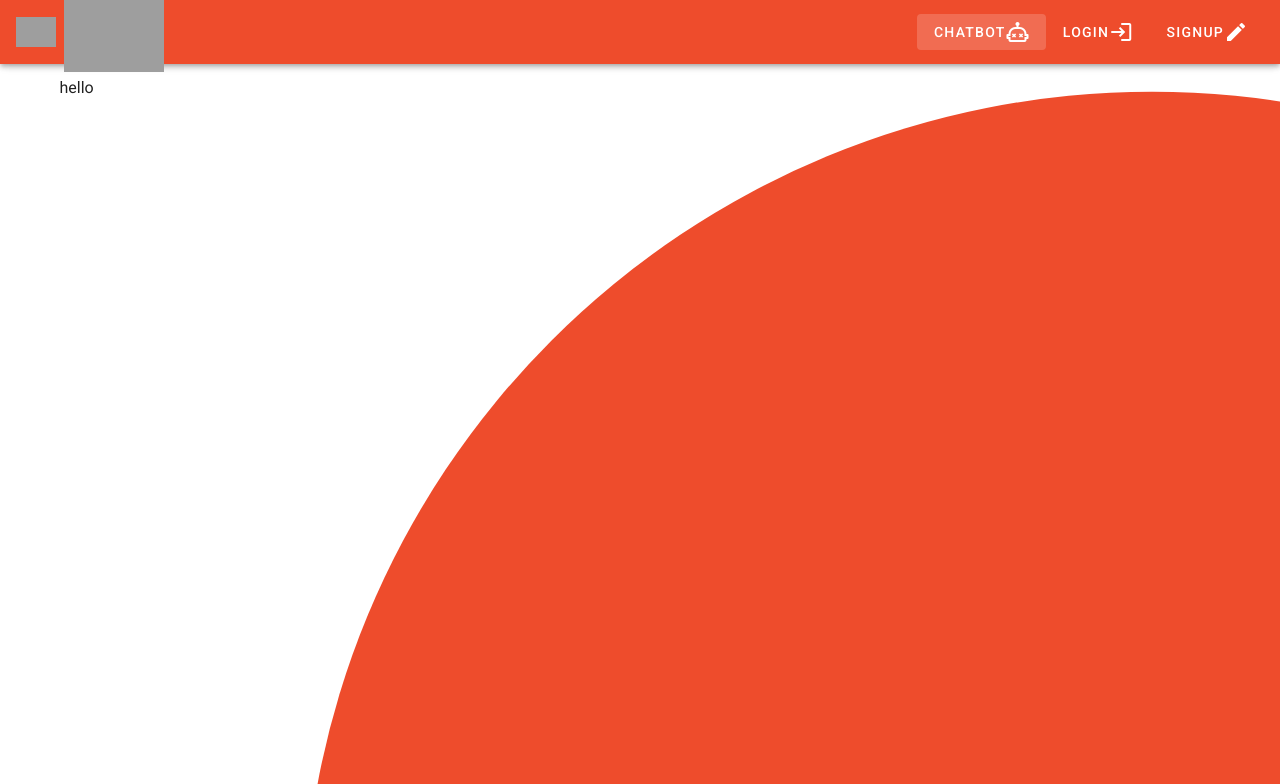
Repository: atout811/pyTorch-Hackathon
Page: /chatbot (app in frontend/)
These files come from the project's save history. The page is drawn as it stood at one moment and after the next save; the edit follows.
The browser window is 1280 px wide. The pictures show the whole page.
Pictures or frames that could not be fetched are drawn as grey boxes. The project was rebuilt for these pictures with package versions that can differ from the ones it lists, and the page was loaded fresh each time. Also part of the build but not shown: frontend/vue.config.js, frontend/src/views/Home.vue.

Above is the page before, as saved 2021-10-21 14:47:58.

After the next save:
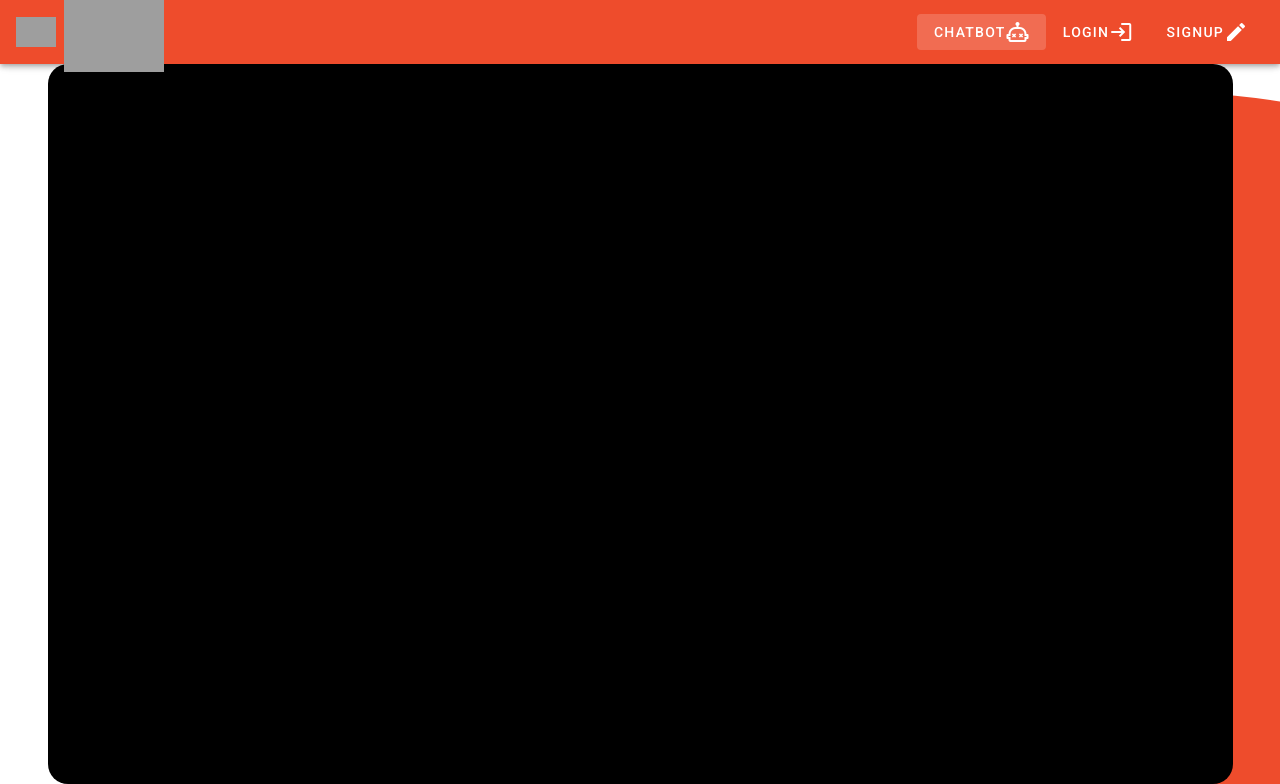
Saved 79 s later.
--- a/frontend/src/views/Chatbot.vue
+++ b/frontend/src/views/Chatbot.vue
@@ -1,5 +1,5 @@
 <template>
-  <div class="container">hello</div>
+  <div class="container"></div>
 </template>
 
 <script>
@@ -17,5 +17,7 @@ export default {
 .container {
   height: 100vh;
   width: 100vw;
+  background-color: black;
+  border-radius: 20px;
 }
 </style>
